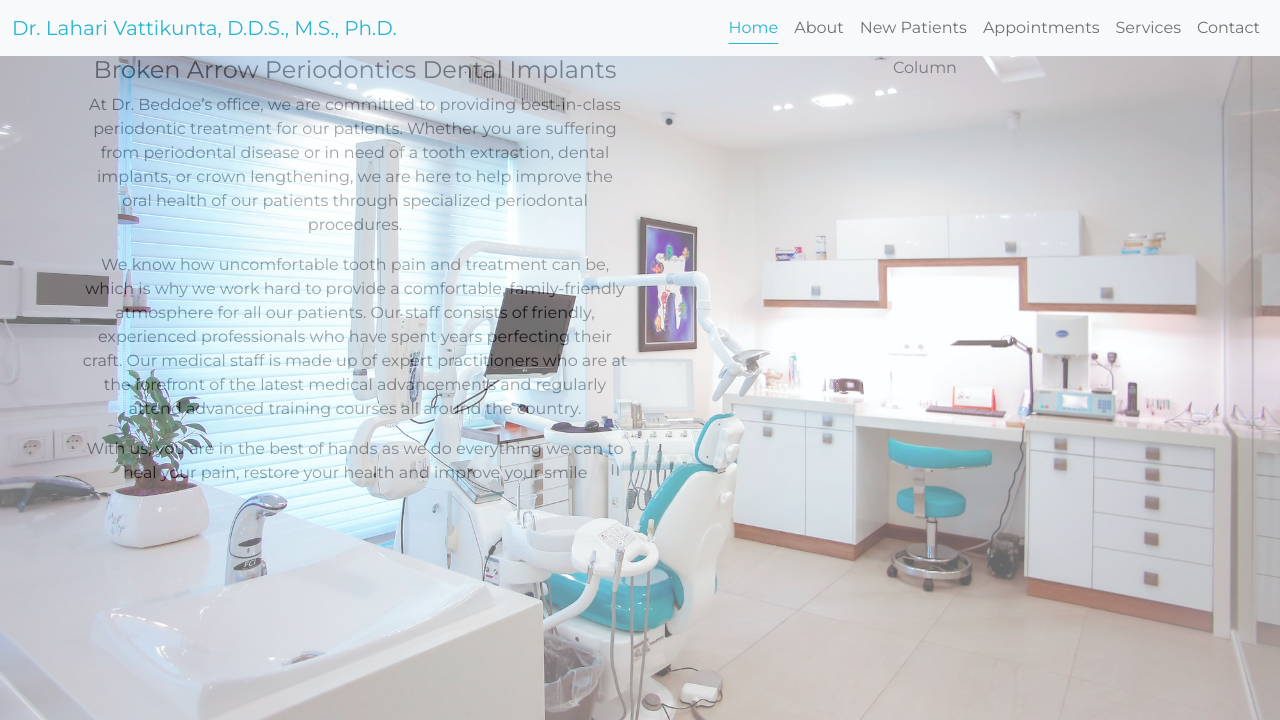
Repository: vineetha2438/baperio
Page: index.html
The author's editor kept a copy of each file at every save. The page is drawn from the files as they stood at one save, then again after the next save.
The browser window is 1280 px wide. The pictures show the whole page.

Above is the page before, as saved 2022-11-13 19:22:39.

### index.html
<!DOCTYPE html>
<html lang="en">

<head>
  <meta charset="utf-8">
  <meta name="viewport" content="width=device-width, initial-scale=1">
  <title>Broken Arrow Periodontics Dental Implants</title>
  <link href="https://cdn.jsdelivr.net/npm/bootstrap@5.2.2/dist/css/bootstrap.min.css" rel="stylesheet" integrity="sha384-Zenh87qX5JnK2Jl0vWa8Ck2rdkQ2Bzep5IDxbcnCeuOxjzrPF/et3URy9Bv1WTRi"
    crossorigin="anonymous">
  <link href='https://fonts.googleapis.com/css?family=Montserrat' rel='stylesheet'>
  <link rel="stylesheet" href="index.css">
  <style>
    body {
      font-family: 'Montserrat' !important
    }
  </style>
</head>

<body>
  <nav class="navbar navbar-expand-lg sticky-top bg-light">
    <div class="container-fluid">
      <!-- <a class="navbar-brand" href="#">Navbar</a> -->
      <p class="navbar-brand mb-0 h1 theme-blue doctor-name">Dr. Lahari Vattikunta, D.D.S., M.S., Ph.D. </p>
      <button class="navbar-toggler" type="button" data-bs-toggle="collapse" data-bs-target="#navbarSupportedContent" aria-controls="navbarSupportedContent"
        aria-expanded="false" aria-label="Toggle navigation">
        <span class="navbar-toggler-icon"></span>
      </button>
      <div class="collapse navbar-collapse" id="navbarSupportedContent">
        <ul class="navbar-nav me-auto mb-2 mb-lg-0 auto-ml-0-mr">
          <li class="nav-item">
            <a class="nav-link active theme-blue" aria-current="page" href="index.html">Home</a>
          </li>
          <li class="nav-item">
            <a class="nav-link" href="about.html">About</a>
          </li>
          <li class="nav-item">
            <a class="nav-link" href="#">New Patients</a>
          </li>
          <li class="nav-item">
            <a class="nav-link" href="#">Appointments</a>
          </li>
          <li class="nav-item">
            <a class="nav-link" href="#">Services</a>
          </li>
          <li class="nav-item">
            <a class="nav-link" href="#">Contact</a>
          </li>
        </ul>
      </div>
    </div>
  </nav>
  <div class="container text-center">
    <div class="row">
      <div class="clinic-bg" data-image="clinic_bg.jpeg"></div>
      <div class="col-sm-12 col-md-6">
        <h4>Broken Arrow Periodontics Dental Implants</h4>
        <p>At Dr. Beddoe’s office, we are committed to providing best-in-class periodontic treatment for our patients. Whether
          you are suffering from periodontal disease or in need of a tooth extraction, dental implants, or crown lengthening,
          we are here to help improve the oral health of our patients through specialized periodontal procedures.</p>

        <p>We know how uncomfortable tooth pain and treatment can be, which is why we work hard to provide a comfortable, family-friendly
          atmosphere for all our patients. Our staff consists of friendly, experienced professionals who have spent years
          perfecting their craft. Our medical staff is made up of expert practitioners who are at the forefront of the latest
          medical advancements and regularly attend advanced training courses all around the country.</p>

        <p>With us, you are in the best of hands as we do everything we can to heal your pain, restore your health and improve
          your smile</p>
      </div>
      <div class="col-sm-12 col-md-6">
        Column
      </div>
    </div>
  </div>
  <script src="https://cdn.jsdelivr.net/npm/bootstrap@5.2.2/dist/js/bootstrap.bundle.min.js" integrity="sha384-OERcA2EqjJCMA+/3y+gxIOqMEjwtxJY7qPCqsdltbNJuaOe923+mo//f6V8Qbsw3"
    crossorigin="anonymous"></script>
</body>

</html>

### index.css
.theme-blue {
  color: rgb(41,180,207) !important;
}

.auto-ml-0-mr {
  margin-left: auto !important;
  margin-right: 0 !important;
}

.nav-link.active {
  text-decoration: underline;
  text-underline-offset: 10px;
}

.clinic-bg {
  opacity: 0.6;
  position: absolute;
  left: 0;
  top: 0;
  width: 100%;
  height: auto;
  background-image: url('./clinic_bg.jpeg');
  right: 0;
  bottom: 0;
  background-repeat: no-repeat;
  background-attachment: scroll;
  background-position: center center;
  background-size: cover;
}

.doctor-name {
  overflow: hidden;
  text-overflow: ellipsis;
}

After the next save:
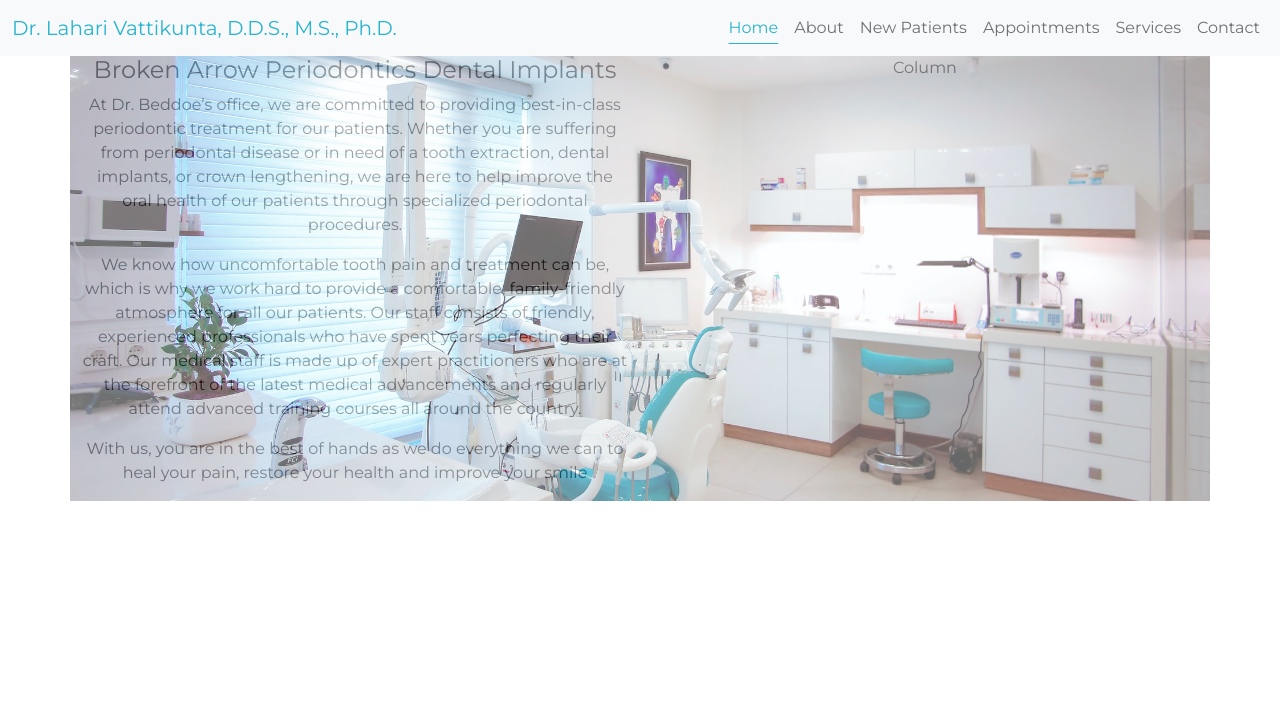
Saved 98 s later.
--- a/index.html
+++ b/index.html
@@ -50,7 +50,7 @@
     </div>
   </nav>
   <div class="container text-center">
-    <div class="row">
+    <div class="row section-one">
       <div class="clinic-bg" data-image="clinic_bg.jpeg"></div>
       <div class="col-sm-12 col-md-6">
         <h4>Broken Arrow Periodontics Dental Implants</h4>
--- a/index.css
+++ b/index.css
@@ -32,3 +32,7 @@
   overflow: hidden;
   text-overflow: ellipsis;
 }
+
+.section-one {
+  position: relative;
+}
